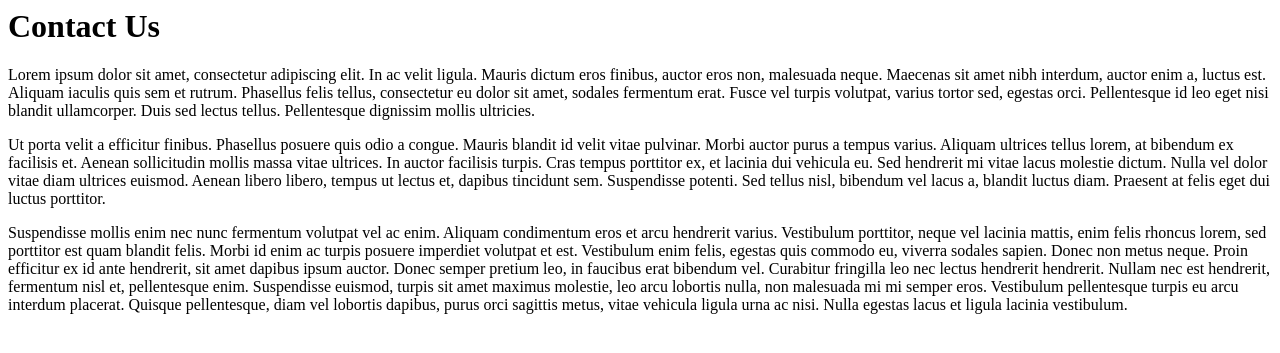
Repository: dtromblee/my-site
Page: workspace/public_html/app/views/contact-us/contact-us.html
The author's editor kept a record of every edit. The page is drawn from the files as they stood at one moment, then again after the next edit.
The browser window is 1280 px wide. The pictures show the whole page.

Above is the page before.

After the next edit:
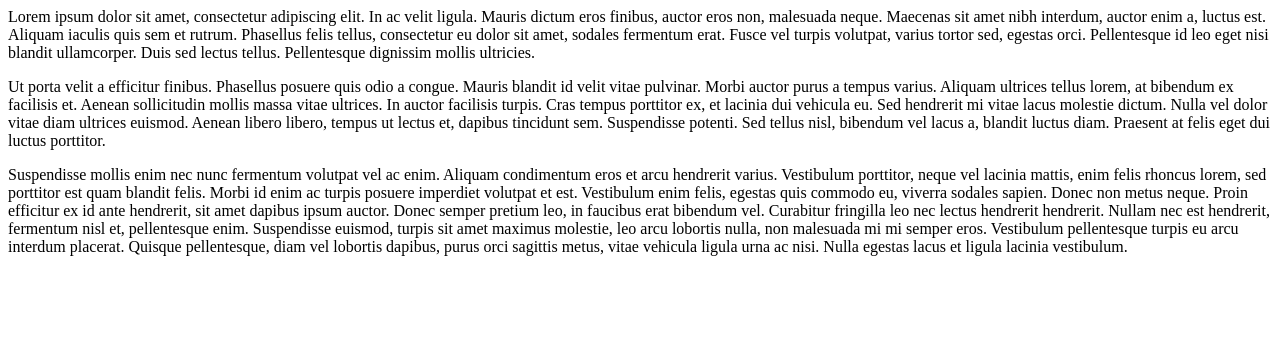
The edit:
--- a/workspace/public_html/app/views/contact-us/contact-us.html
+++ b/workspace/public_html/app/views/contact-us/contact-us.html
@@ -1,4 +1,5 @@
-<h1>Contact Us</h1>
+<div ng-controller="AboutCtrl">
+<!--<h1>Contact Us</h1>-->
 <p>
 Lorem ipsum dolor sit amet, consectetur adipiscing elit. In ac velit ligula. Mauris dictum eros finibus, auctor eros non, malesuada neque. Maecenas sit amet nibh interdum, auctor enim a, luctus est. Aliquam iaculis quis sem et rutrum. Phasellus felis tellus, consectetur eu dolor sit amet, sodales fermentum erat. Fusce vel turpis volutpat, varius tortor sed, egestas orci. Pellentesque id leo eget nisi blandit ullamcorper. Duis sed lectus tellus. Pellentesque dignissim mollis ultricies.
 </p>
